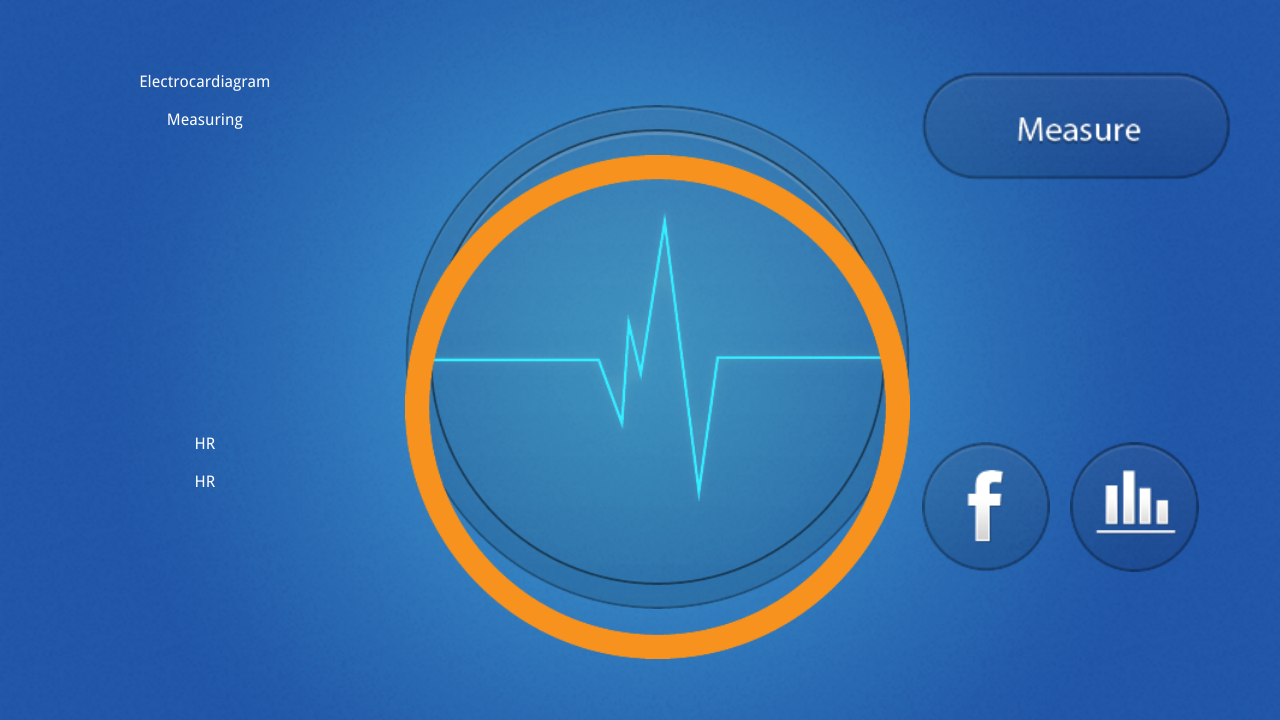
Repository: chouwill79131/IEcontest
Page: BluetoothChat/assets/main.html
These files come from the project's save history. The page is drawn as it stood at one moment and after the next save; the edit follows.
The browser window is 1280 px wide. The pictures show the whole page.

Above is the page before, as saved 2013-03-08 17:26:54.
Console error: TypeError: Cannot set properties of null (setting 'innerHTML')

After the next save:
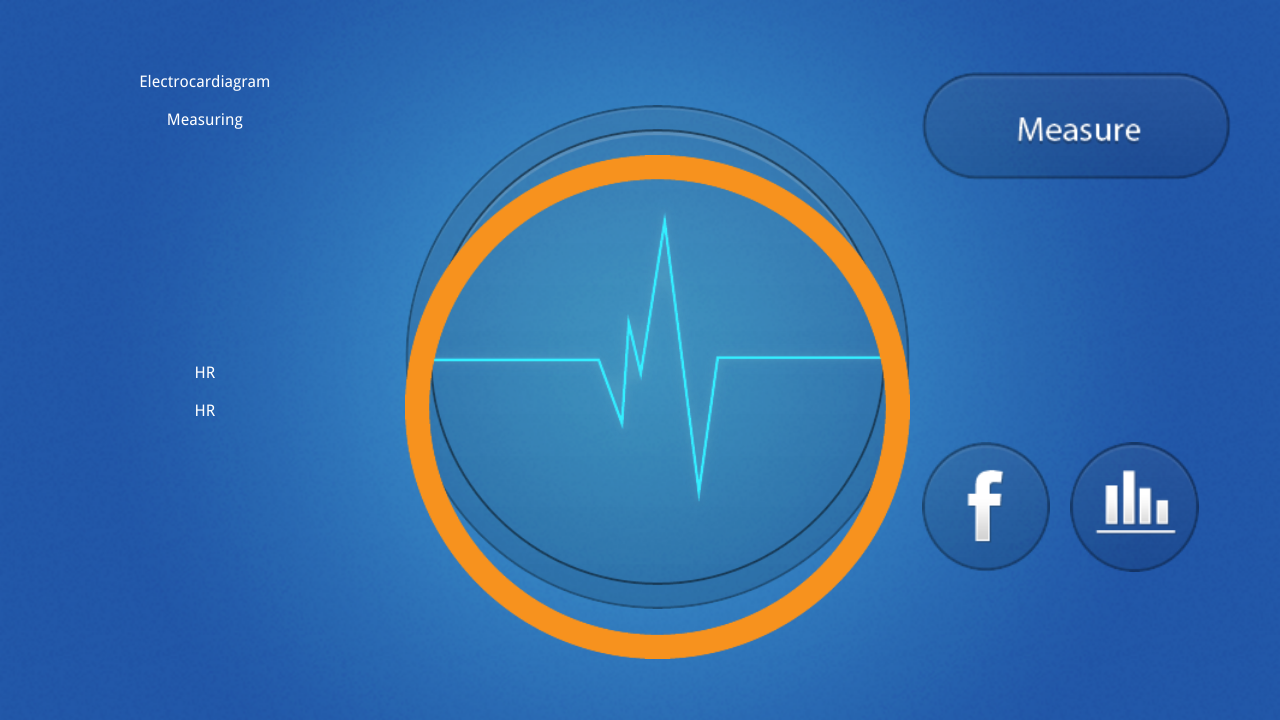
Saved 34 s later.
--- a/BluetoothChat/assets/main.css
+++ b/BluetoothChat/assets/main.css
@@ -11,7 +11,7 @@ body { margin:0; padding:0; }
 .left {  width: 28%; padding-left:2%;}
 .text, .hr { text-align: center; }
 .text { margin-top: 20%; color:white; font-family: droidsans ;}
-.hr {   margin-top: 80%; color:white; font-family: droidsans ;}
+.hr {   margin-top: 60%; color:white; font-family: droidsans ;}
 .date { font-family: droidsans ; }
 
 .mid { width: 41%; }
